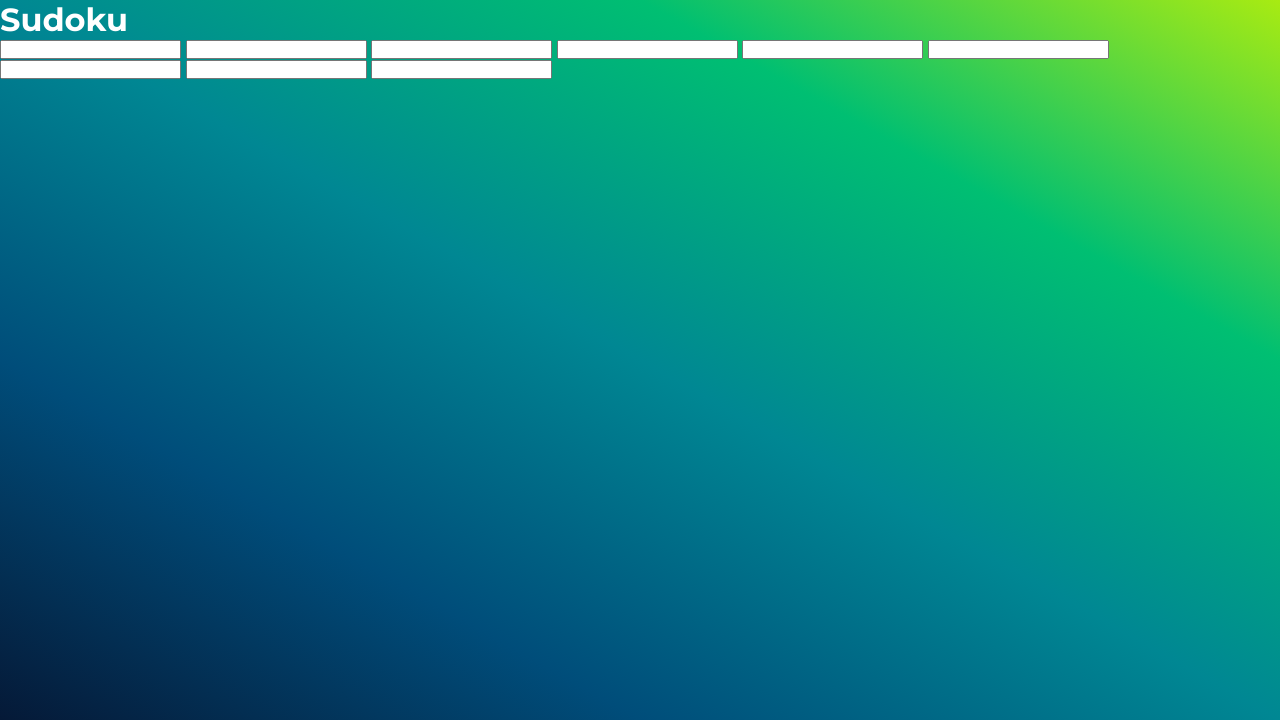
Repository: pattypetrikova/sudoku
Page: index.html
The author's editor kept a copy of each file at every save. The page is drawn from the files as they stood at one save, then again after the next save.
The browser window is 1280 px wide. The pictures show the whole page.

Above is the page before, as saved 2022-12-30 10:10:35.

After the next save:
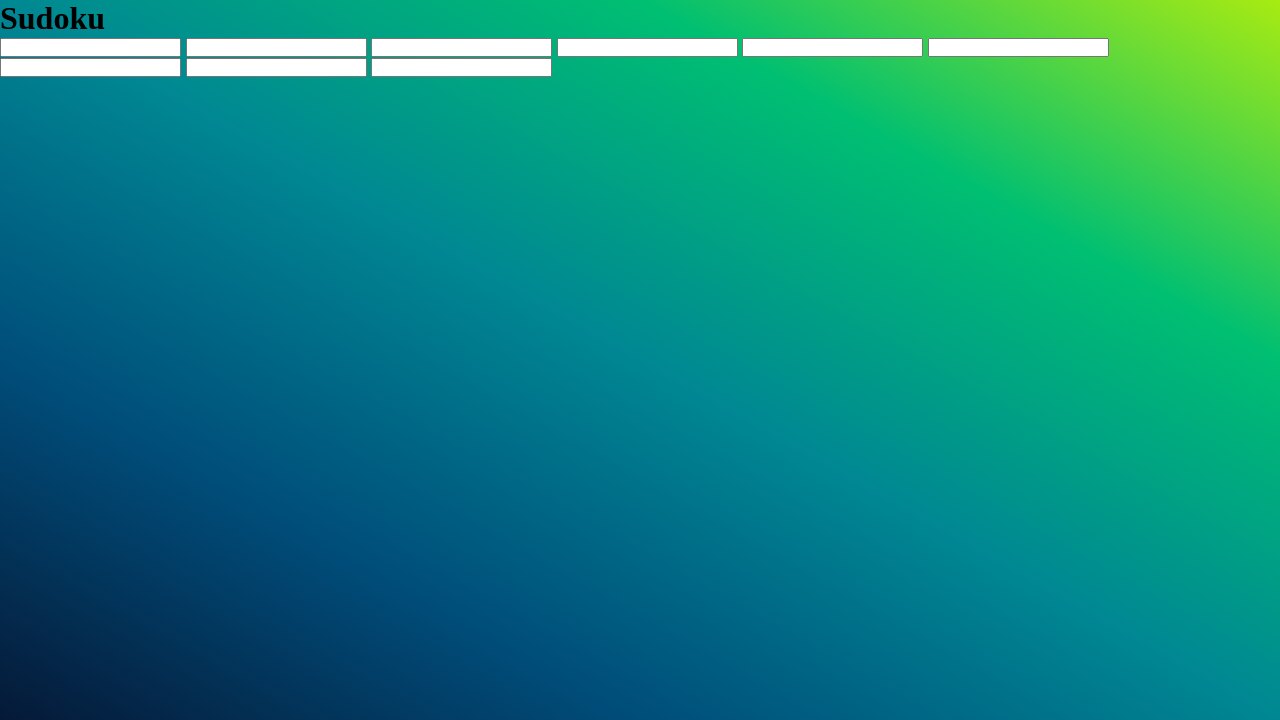
Saved 107 s later.
--- a/index.html
+++ b/index.html
@@ -12,12 +12,12 @@
 </head>
 <body>
     <main class="background">
-        <div class="game">
+        <div class="game-board">
             <div class="head">
                 <h1 class="title">Sudoku</h1>
                 <div class="buttons"></div>
             </div>
-            <div class="game-board">
+            <div class="game">
                 <form action="">
                     <input type="text">
                     <input type="text">

After the save that followed:
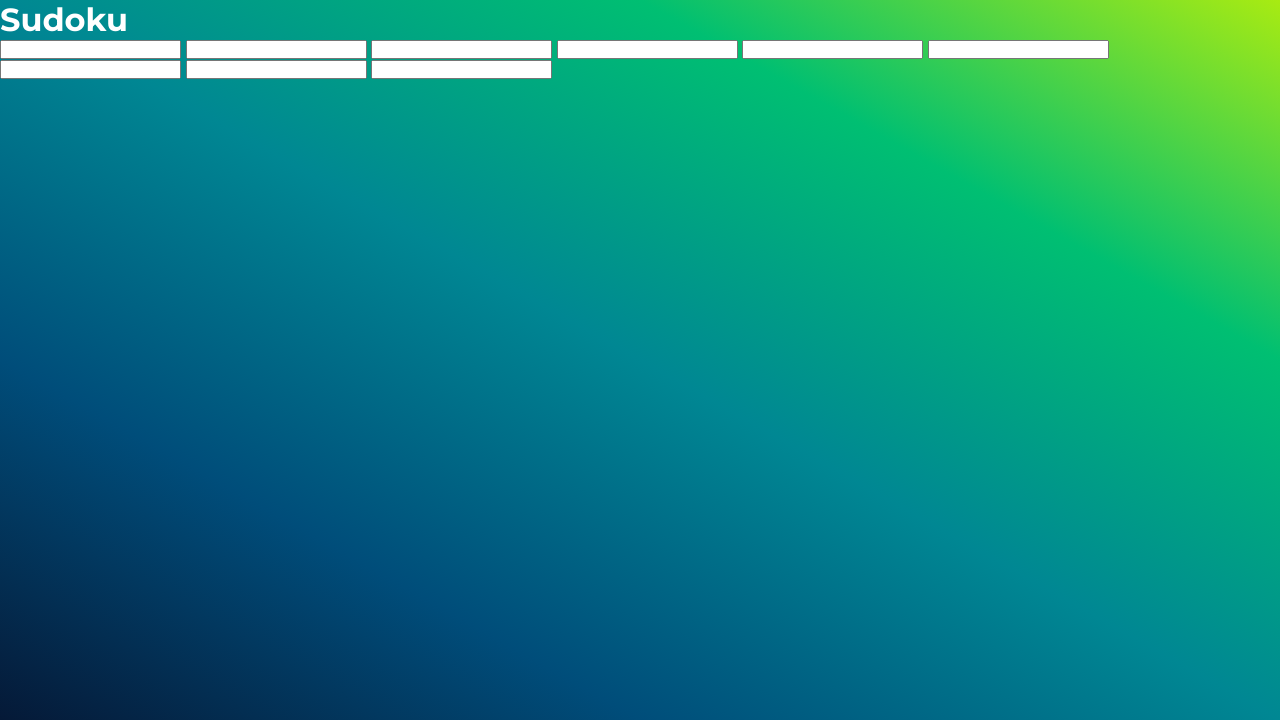
Saved 11 s later.
--- a/index.html
+++ b/index.html
@@ -12,12 +12,12 @@
 </head>
 <body>
     <main class="background">
-        <div class="game-board">
+        <div class="game">
             <div class="head">
                 <h1 class="title">Sudoku</h1>
                 <div class="buttons"></div>
             </div>
-            <div class="game">
+            <div class="gameboard">
                 <form action="">
                     <input type="text">
                     <input type="text">
